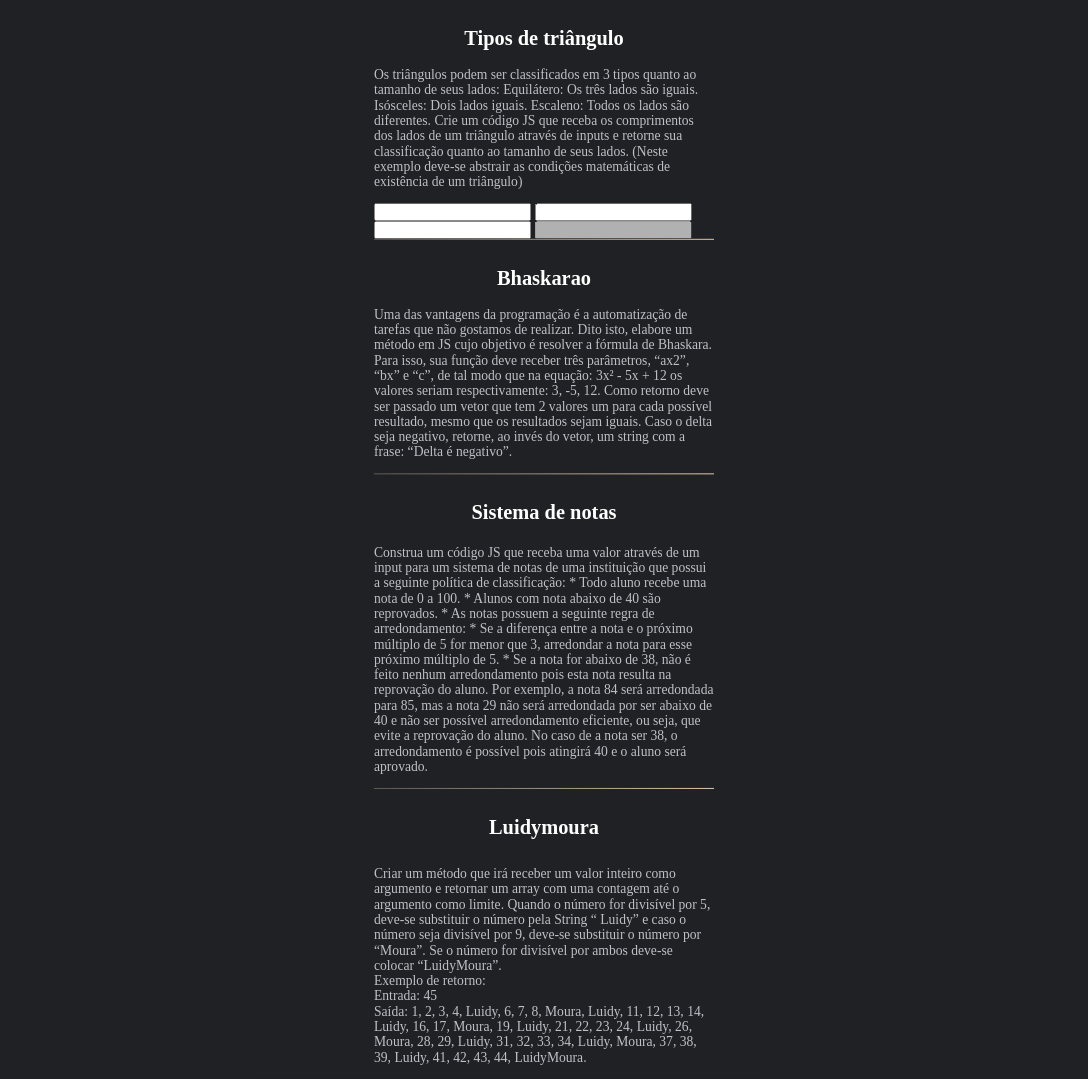
Repository: viviij/Fun-es-Simples-JavaScript
Page: index.html
These files come from the project's save history. The page is drawn as it stood at one moment and after the next save; the edit follows.
The browser window is 1280 px wide. The pictures show the whole page, at 85% of full size.

Above is the page before, as saved 2022-08-26 01:18:39.
Console error: TypeError: Cannot set properties of null (setting 'onblur')

### index.html
<!DOCTYPE html>
<html lang="ptBR">
  <head>
    <meta charset="UTF-8">
    <meta http-equiv="X-UA-Compatible" content="IE=edge">
    <meta name="viewport" content="width=device-width, initial-scale=1.0">
    <link rel="stylesheet" href="styles.css">
    <title>Prova C3C</title>
  </head>
  <body>
    <div class="container">
      <section class="Tipos de Triângulo">
        <header>
          <h1>Tipos de triângulo</h1>
          <p>
            Os triângulos podem ser classificados em 3 tipos quanto ao tamanho de seus lados:

            Equilátero: Os três lados são iguais.
            Isósceles: Dois lados iguais.
            Escaleno: Todos os lados são diferentes.

            Crie um código JS que receba os comprimentos dos lados de um triângulo através de inputs e retorne sua classificação quanto ao tamanho de seus lados. (Neste exemplo deve-se abstrair as condições matemáticas de existência de um triângulo)
          </p>

        </header>
        <div class="main">
          <input type="number" name="trianguloLado1" id="trianguloLado1"/>
          <input type="number" name="trianguloLado2" id="trianguloLado2"/>
          <input type="number" name="trianguloLado3" id="trianguloLado3"/>
          <input type="text" name="tipoDeTriangulo" id="tipoDeTriangulo" disabled>
        </div>
      </section>

      <div class="divisaoDasQuestoes"></div>

      <section class="Bhaskara">
        <h2>Bhaskarao</h2>
        <p>Uma das vantagens da programação é a automatização de tarefas que não gostamos de realizar. Dito isto, elabore um método em JS cujo objetivo é resolver a fórmula de Bhaskara.

          Para isso, sua função deve receber três parâmetros, “ax2”, “bx” e “c”, de tal modo que na equação: 3x² - 5x + 12 os valores seriam respectivamente: 3, -5, 12.

          Como retorno deve ser passado um vetor que tem 2 valores um para cada possível resultado, mesmo que os resultados sejam iguais.

          Caso o delta seja negativo, retorne, ao invés do vetor, um string com a frase: “Delta é negativo”.</p>
      </section>

      <div class="divisaoDasQuestoes"></div>

      <section class="Sistema de Notas">
        <h3>Sistema de notas</h3>
        <p>Construa um código JS que receba uma valor através de um input para um sistema de notas de uma instituição que possui a seguinte política de classificação:

          * Todo aluno recebe uma nota de 0 a 100.
          * Alunos com nota abaixo de 40 são reprovados.
          * As notas possuem a seguinte regra de arredondamento:
            * Se a diferença entre a nota e o próximo múltiplo de 5 for menor que 3, arredondar a nota para esse próximo múltiplo de 5.
            * Se a nota for abaixo de 38, não é feito nenhum arredondamento pois esta nota resulta na reprovação do aluno.

          Por exemplo, a nota 84 será arredondada para 85, mas a nota 29 não será arredondada por ser abaixo de 40 e não ser possível arredondamento eficiente, ou seja, que evite a reprovação do aluno.
          No caso de a nota ser 38, o arredondamento é possível pois atingirá 40 e o aluno será aprovado.</p>
      </section>

      <div class="divisaoDasQuestoes"></div>

      <section class="LuidyMoura">
        <h4>Luidymoura</h4>
        <p>Criar um método que irá receber um valor inteiro como argumento e retornar um array com uma contagem até o argumento como limite.

          Quando o número for divisível por 5, deve-se substituir o número pela String “ Luidy” e caso o número seja divisível por 9, deve-se substituir o número por  “Moura”.
          Se o número for divisível por ambos deve-se colocar “LuidyMoura”.
          <br/>
          Exemplo de retorno:
          <br/>

          Entrada:
          45
          <br/>

          Saída:
          1, 2, 3, 4, Luidy, 6, 7, 8, Moura, Luidy, 11, 12, 13, 14, Luidy, 16, 17, Moura, 19, Luidy, 21, 22, 23, 24, Luidy, 26, Moura, 28, 29, Luidy, 31, 32, 33, 34, Luidy, Moura, 37, 38, 39, Luidy, 41, 42, 43, 44, LuidyMoura.</p>
      </section>
    </div>
    <script src="./js/tipos_de_triangulo.js"></script>
    <script src="./js/sistema_de_notas.js"></script>
    <script src="./js/luidymoura.js"></script>
    <script src="./js/bhaskara.js"></script>
  </body>
</html>

### styles.css
body {
  margin: 0;
  padding: 0;
  box-sizing: border-box;
  background: var(--background-color);
  display: flex;
  justify-content: center;
}

a {
  text-decoration: none;
}

ul {
  list-style: none;
}

:root {
  /*CORES GLOBAIS*/
  --text-color: #bdc1c6;
  --background-color: #202124;
  --title-color: #ffffff;

}

.container section {
  max-height: auto;
  max-width: 400px;
}

section {
  color: var(--text-color);
  margin-top: 2rem;
}

.container .divisaoDasQuestoes {
  height: 1px;
  background: linear-gradient(270deg,
      hsla(33, 100%, 88%, 1) 0%,
      hsla(33, 65%, 88%, 0.34) 100%);
}

section h1,
h2,
h3,
h4,
h5 {
  display: flex;
  justify-content: center;
  font-size: 1.5rem;
  color: var(--title-color);
}

.container .questao_1 {}

.container .questao_2 {}

.container .questao_3 {}

.container .questao_4 {}

### js/tipos_de_triangulo.js
//Selecionando itens do HTML
const t1 = document.querySelector("#trianguloLado1");
const t2 = document.querySelector("#trianguloLado2");
const t3 = document.querySelector("#trianguloLado3");
const tr = document.querySelector("#tipoDeTriangulo");

t1.onblur = () => {
  if(t1.value == "") {
    t1.style = "border-color: #aa0044";
  }else{
    t1.style = "color: #000000";
  }
}

t2.onblur = () => {
  if(t2.value == "") {
    t2.style = "border-color: #aa0044";
  }else{
    t2.style = "color: #000000";
  }
}

t3.onblur = () => {
  if(t3.value == "") {
    t3.style = "border-color: #aa0044";
  }else{
    t3.style = "color: #000000";
  }
}

### js/bhaskara.js
//Selecionando itens do HTML
const bhaskaVA = document.querySelector("#bhaskaraValorA");
const bhaskaVB = document.querySelector("#bhaskaraValorB");
const bhaskaVC = document.querySelector("#bhaskaraValorC");
const resBhaska = document.querySelector("#resultadoBhaskara");
const calcBhaska = document.querySelector("#calcularBhaskara");
//Marcar "erro" caso alguma resposta nao seja preenchida
bhaskaVA.onblur = () => {
  if(bhaskaVA.value == "") {
    bhaskaVA.style = "border-color: #aa0044";
  }else{
    bhaskaVA.style = "color: #000000";
  }
}

bhaskaVB.onblur = () => {
  if(bhaskaVB.value == "") {
    bhaskaVB.style = "border-color: #aa0044";
  }else{
    bhaskaVB.style = "color: #000000";
  }
}

bhaskaVC.onblur = () => {
  if(bhaskaVC.value == "") {
    bhaskaVC.style = "border-color: #aa0044";
  }else{
    bhaskaVC.style = "color: #000000";
  }
}

//Calcular os valores de bhaskara


calcBhaska.onclick = () => {
  //Dar foco no input vazio
  if (bhaskaVA.value == "" && bhaskaVB.value != "" && bhaskaVC.value != "") {
    bhaskaVA.focus();
  }else if (bhaskaVB.value == "" && bhaskaVA.value != "" && bhaskaVC.value != "") {
    bhaskaVB.focus();
  }else if (bhaskaVC.value == "" && bhaskaVA.value != "" && bhaskaVB.value != "") {
    bhaskaVC.focus();
  }

  if (bhaskaVC.value != "" && bhaskaVA.value != "" && bhaskaVB.value != ""){
    //Função de bhaskara
    const valorDelta = (bhaskaVB.value*bhaskaVB.value) - 4*bhaskaVA.value*(bhaskaVC.value);

    if(valorDelta < 0) {
      resBhaska.value = "Delta é negativo";
    }else{
      let calculoDeX = (-bhaskaVB.value+Math.sqrt(valorDelta))/(2*bhaskaVA.value);
      let calculoDeX2 = (-bhaskaVB.value-Math.sqrt(valorDelta))/(2*bhaskaVA.value);
      bhaskaVA.value = ""
      bhaskaVB.value = ""
      bhaskaVC.value = ""

      resBhaska.value = [calculoDeX, calculoDeX2];
    }
  }
}

Loaded but not shown: js/sistema_de_notas.js (no stored copy; drawn as an empty file); js/luidymoura.js (no stored copy; drawn as an empty file)

After the next save:
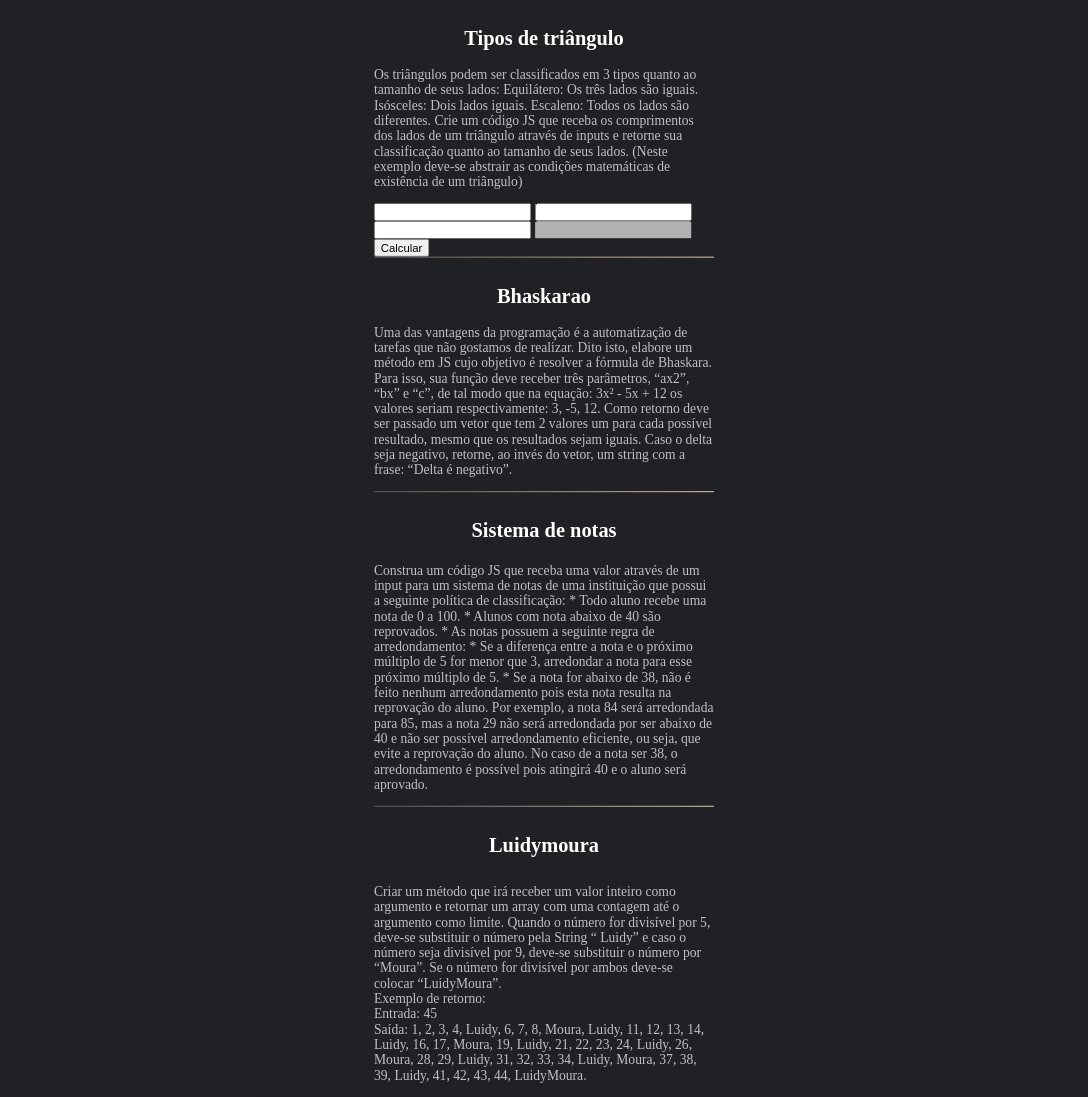
Saved 7 min 28 s later.
--- a/index.html
+++ b/index.html
@@ -28,6 +28,8 @@
           <input type="number" name="trianguloLado2" id="trianguloLado2"/>
           <input type="number" name="trianguloLado3" id="trianguloLado3"/>
           <input type="text" name="tipoDeTriangulo" id="tipoDeTriangulo" disabled>
+
+          <button id="calculoTriangulo">Calcular</button>
         </div>
       </section>
 
